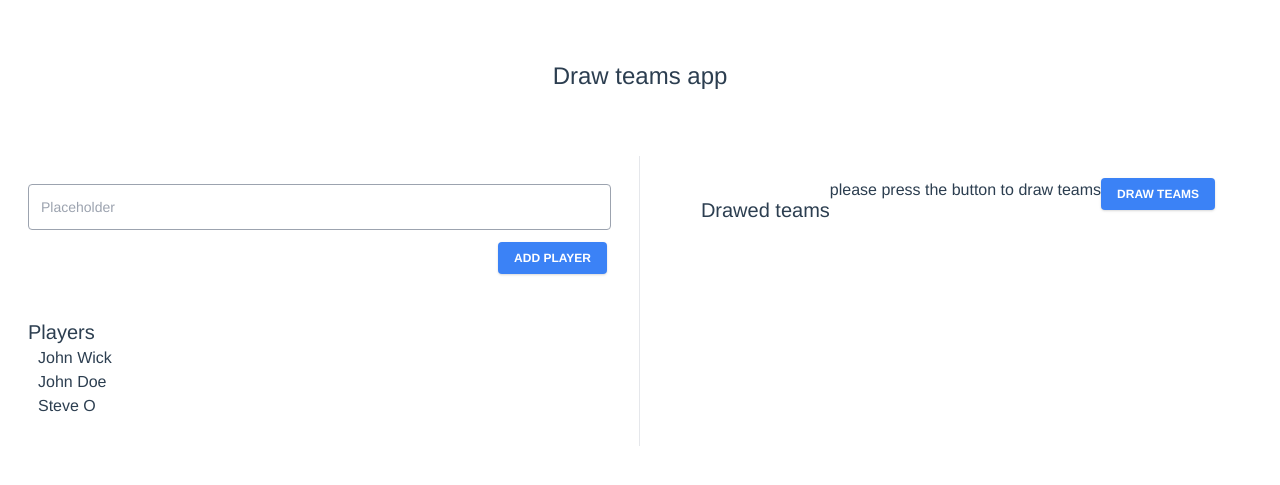
Repository: AlekJanevski/draw-teams-app
Page: /
The author's editor kept a copy of each file at every save. The page is drawn from the files as they stood at one save, then again after the next save.
The browser window is 1280 px wide. The pictures show the whole page.
The project was rebuilt for these pictures with package versions that can differ from the ones it lists, and the page was loaded fresh each time.

Above is the page before, as saved 2021-03-18 21:23:28.

After the next save:
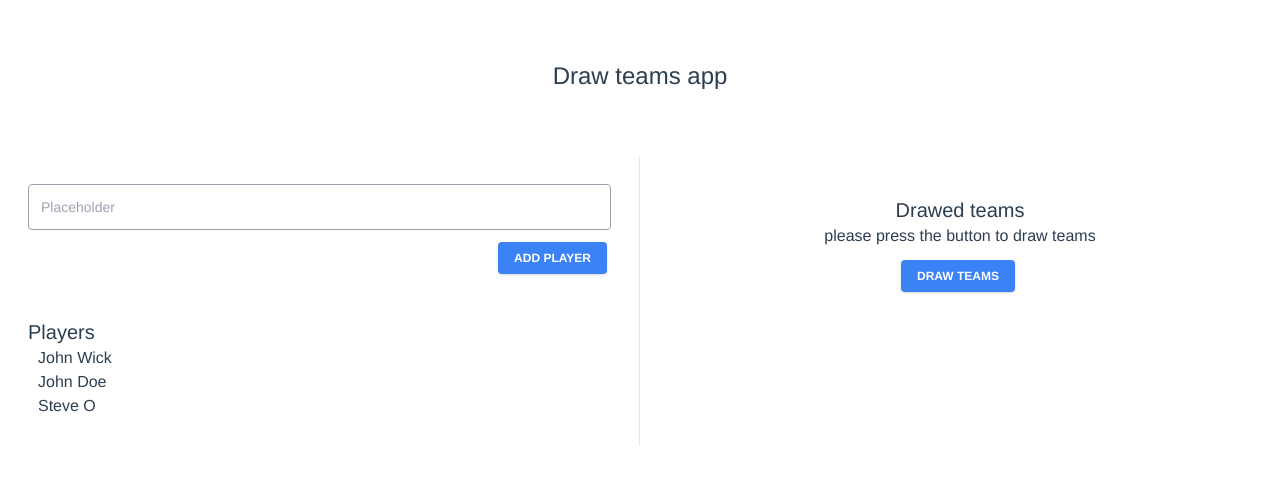
Saved 5 s later.
--- a/src/components/HelloWorld.vue
+++ b/src/components/HelloWorld.vue
@@ -33,7 +33,7 @@
     <!-- Add user wrapper ends -->
 
 
-    <div class="flex items-center justify-center float-left w-1/2">
+    <div class="flex flex-col items-center justify-center float-left w-1/2">
         <h3 class="block text-xl">Drawed teams</h3>
         <span>please press the button to draw teams</span>
         <button class="float-right px-4 py-2 mt-3 mb-1 mr-1 text-xs font-bold text-white uppercase bg-blue-500 rounded shadow outline-none active:bg-blue-600 hover:shadow-md focus:outline-none" type="submit" style="transition: all .15s ease">
